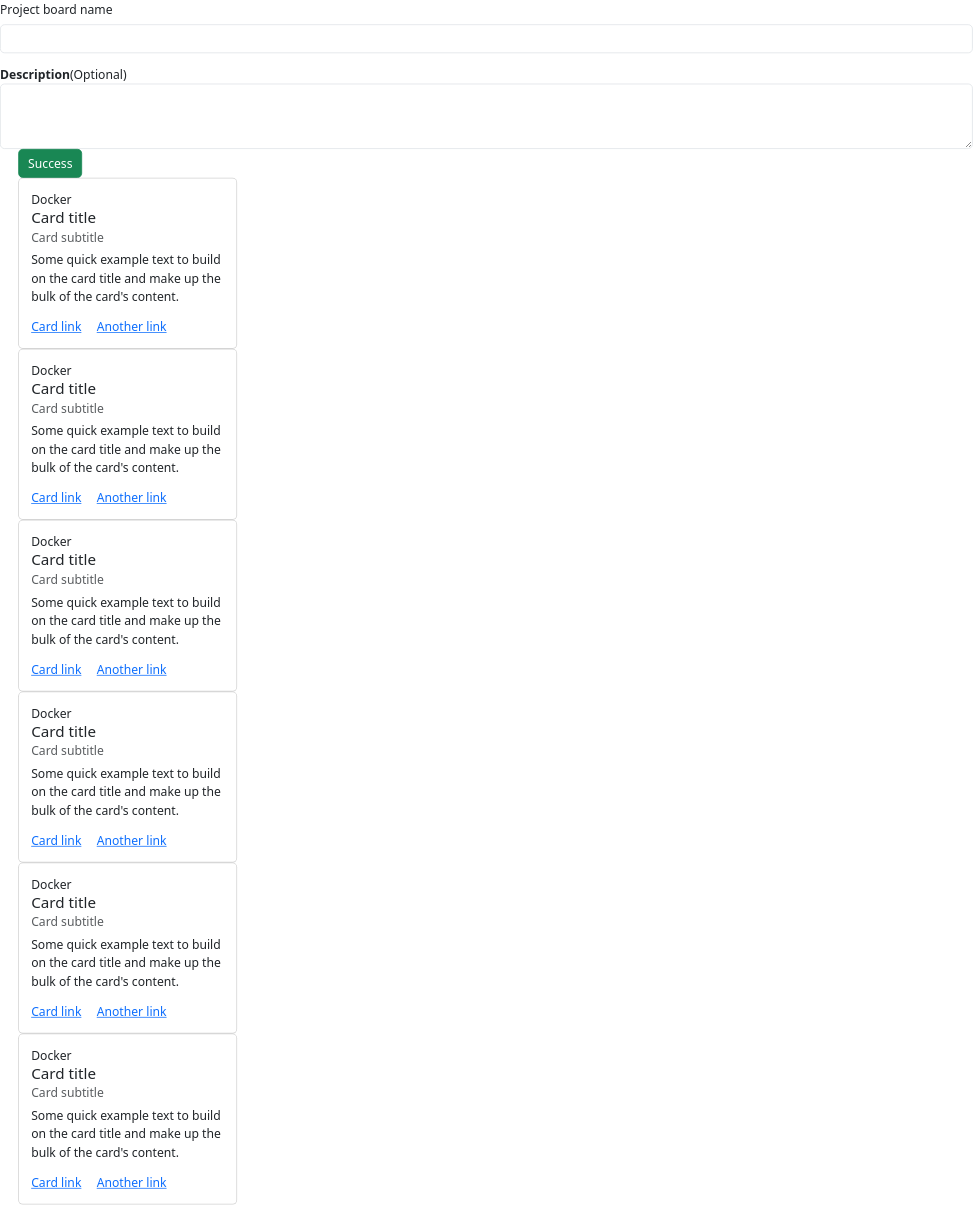
Repository: NSS-Evening-25-Cohort/e25-gitsub-control-alt-defeat
Page: index.html
These files come from the project's save history. The page is drawn as it stood at one moment and after the next save; the edit follows.
The browser window is 1280 px wide. The pictures show the whole page, at 76% of full size.

Above is the page before, as saved 2023-11-07 18:05:53.

### index.html
<!DOCTYPE html>
<html lang="en">
  <head>
    <meta charset="UTF-8" />
    <meta name="viewport" content="width=device-width, initial-scale=1.0" />
    <link
      rel="stylesheet"
      href="https://cdn.jsdelivr.net/npm/bootstrap@5.3.2/dist/css/bootstrap.min.css"
    />
    <link rel="stylesheet" href="main.css" />
    <title>Document</title>
  </head>
  <body>

    <form>
      <div class="mb-3">
        <label for="exampleInputEmail1" class="form-label" id="boardName">Project board name</label>
        <input type="email" class="form-control" id="exampleInputEmail1" aria-describedby="emailHelp">
      </div>
      <div class="form-group">
        <label for="exampleFormControlTextarea1" id="descriptionName"><B>Description</B>(Optional)</label>
        <textarea class="form-control" id="exampleFormControlTextarea1" rows="3"></textarea>
      </div>
      </div>
      <div class="mb-3 form-check">
        <button type="button" class="btn btn-success">Success</button>
    </form>
    <div id="app1"></div>
    <div id="app2"></div>
    <script src="	https://cdn.jsdelivr.net/npm/bootstrap@5.3.2/dist/js/bootstrap.bundle.min.js"></script>
    <script src="main.js"></script>
  </body>
</html>

### main.css
/* body {
  background-color: black;
} */

### main.js
const packageCards =[
  {
    id: 1,
    name: "Docker",
    info: "A software platform used for building applications based on containers small and lightweight execution environments",
  },
  {
    id: 2,
    name: "Docker",
    info: "A software platform used for building applications based on containers small and lightweight execution environments"
  },
  {
    id: 3,
    name: "Docker",
    info: "A software platform used for building applications based on containers small and lightweight execution environments"
  },
  {
    id: 4,
    img: "image",
    name: "Docker",
    info: "A software platform used for building applications based on containers small and lightweight execution environments"
  },
  {
    id: 5,
    imageURL: "https://www.google.com/url?sa=i&url=https%3A%2F%2Fwww.creativebloq.com%2Fnews%2Ftwitter-logo-history&psig=AOvVaw3y8LYKl_CxiwL2W_oTsGUa&ust=1699413723681000&source=images&cd=vfe&ved=0CBEQjRxqFwoTCKD7mcz3sIIDFQAAAAAdAAAAABAE",
    name: "Docker",
    info: "A software platform used for building applications based on containers small and lightweight execution environments"
  },
  {
    id: 6,
    name: "Docker",
    info: "A software platform used for building applications based on containers small and lightweight execution environments"
  },
];

const app1 = document.querySelector("#app1");
const app2 = document.querySelector("#app2");
const form = document.querySelector("form");

const renderToDom = (packageCards) =>{

  let domString = "";

  for(let card of packageCards){
    domString += `<div class="card" style="width: 18rem;">
    <div class="card-body"> ${card.name}
      <h5 class="card-title">Card title</h5>
      <h6 class="card-subtitle mb-2 text-body-secondary">Card subtitle</h6>
      <p class="card-text">Some quick example text to build on the card title and make up the bulk of the card's content.</p>
      <a href="#" class="card-link">Card link</a>
      <a href="#" class="card-link">Another link</a>
    </div>
  </div>`
  }
  const app1 = document.querySelector("#app1")
  app1.innerHTML = domString
}
renderToDom(packageCards)

const createPackage = (event) =>{
  event.preventDefault();

  const newPackage = {
    id: packageCards.length +1,
    name: document.querySelector("#boardName").value,
    info: document.querySelector("descriptionName").value,
  }
  packageCards.push(newPackage);
  renderToDom(packageCards);
  form.reset();
}

form.addEventListener("submit", createPackage)

After the next save:
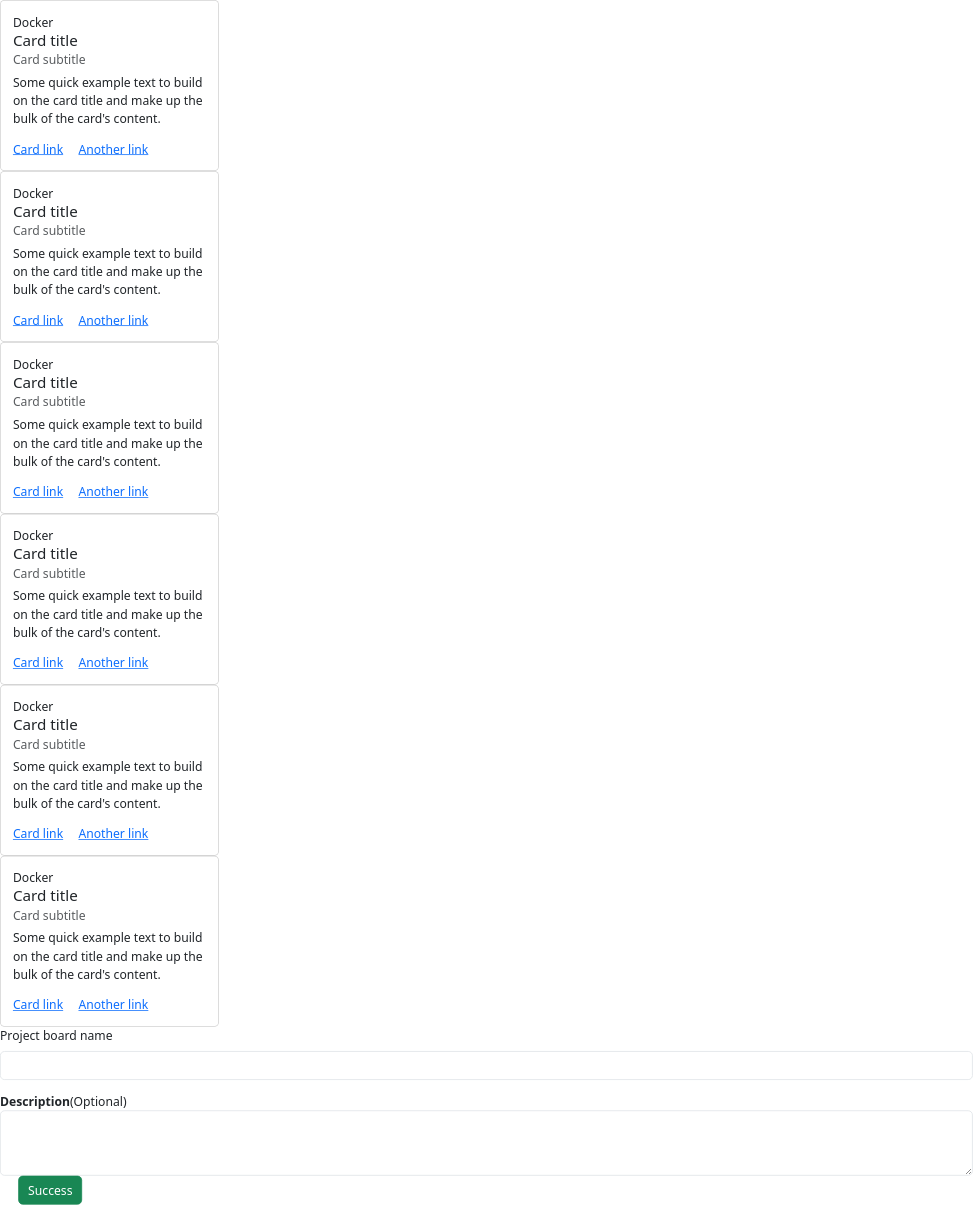
Saved 30 s later.
--- a/index.html
+++ b/index.html
@@ -12,6 +12,9 @@
   </head>
   <body>
 
+    <div id="app1"></div>
+    <div id="app2"></div>
+    <script src="	https://cdn.jsdelivr.net/npm/bootstrap@5.3.2/dist/js/bootstrap.bundle.min.js"></script>
     <form>
       <div class="mb-3">
         <label for="exampleInputEmail1" class="form-label" id="boardName">Project board name</label>
@@ -25,9 +28,6 @@
       <div class="mb-3 form-check">
         <button type="button" class="btn btn-success">Success</button>
     </form>
-    <div id="app1"></div>
-    <div id="app2"></div>
-    <script src="	https://cdn.jsdelivr.net/npm/bootstrap@5.3.2/dist/js/bootstrap.bundle.min.js"></script>
     <script src="main.js"></script>
   </body>
 </html>
